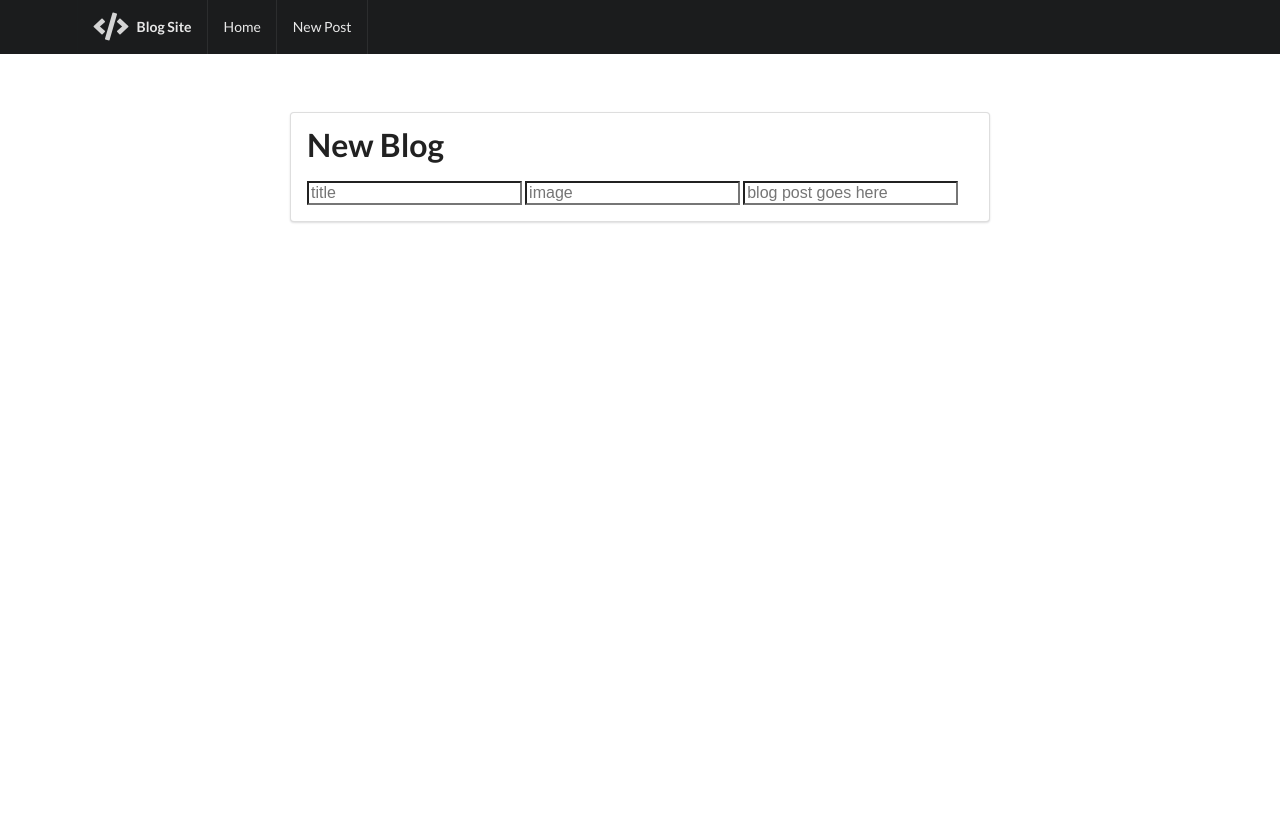
Repository: bosicheng/yelpcamp-project
Page: http://localhost/blogs/new
The author's editor kept a record of every edit. The page is drawn from the files as they stood at one moment, then again after the next edit.
The browser window is 1280 px wide. The pictures show the whole page.
The page is served by the project's Node server (RESTful Routing/RESTfulBlogApp/app.js).

Above is the page before.

After the next edit:
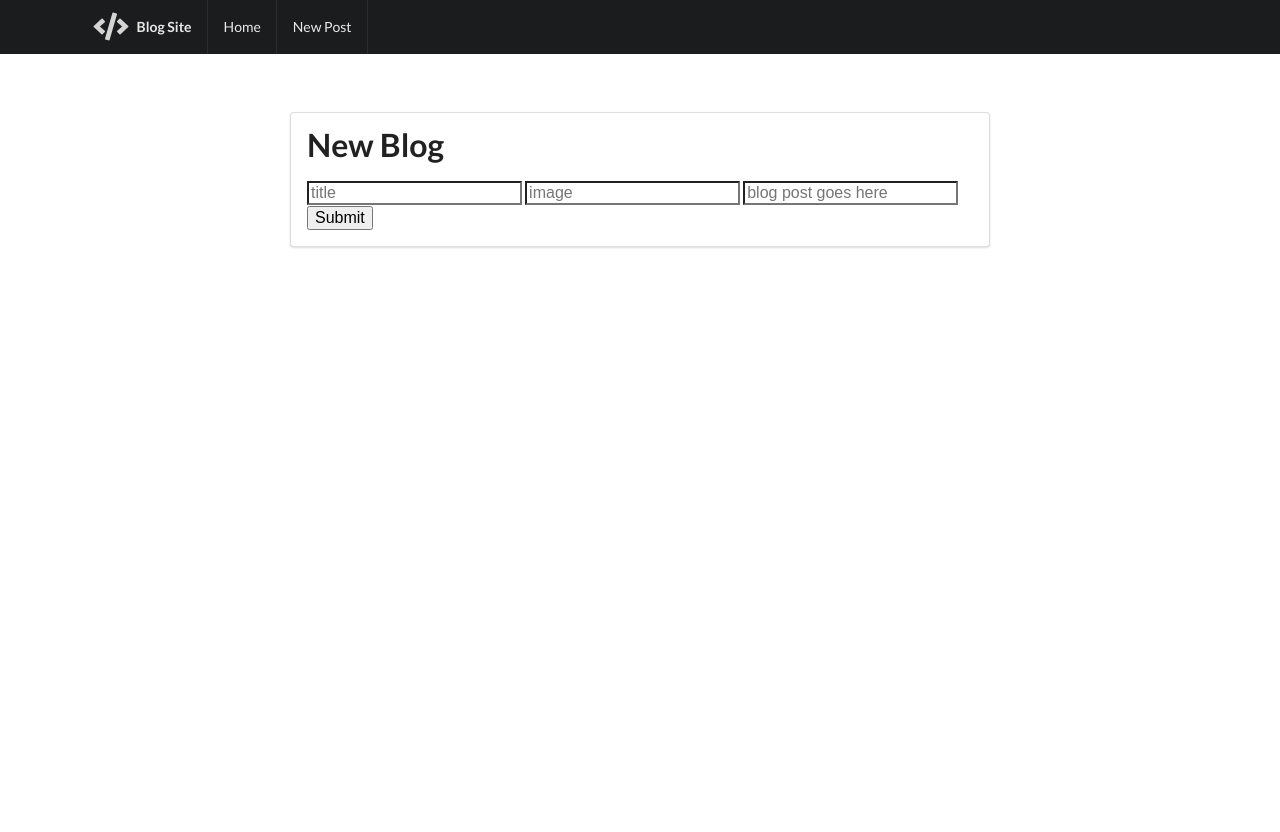
The edit:
--- a/RESTful Routing/RESTfulBlogApp/views/new.ejs
+++ b/RESTful Routing/RESTfulBlogApp/views/new.ejs
@@ -8,6 +8,7 @@
         <input type='text' name='blog[title]' placeholder='title'>
         <input type='text' name='blog[image]' placeholder='image'>
         <input type='text' name='blog[body]' placeholder='blog post goes here'>
+        <input type='submit'>
     </form>
 </div>
 <% include partials/footer %>
